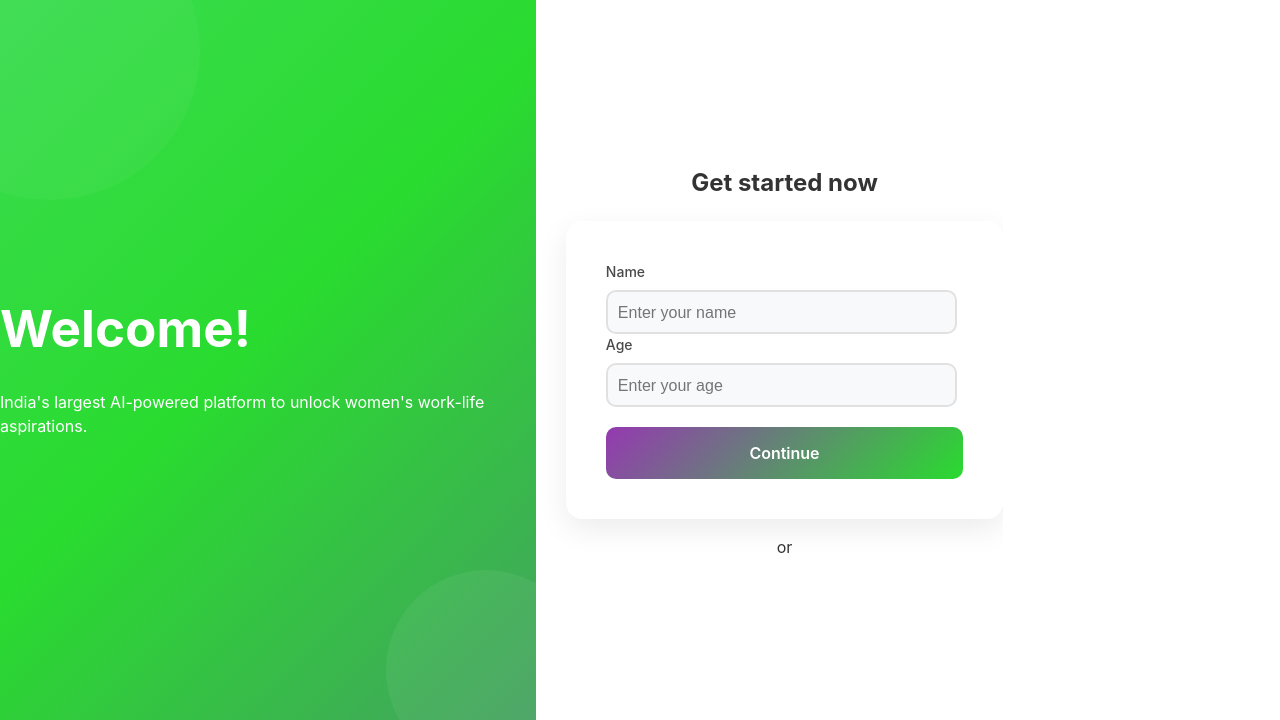
Repository: shriyanyk/Asha-AI
Page: /
The author's editor kept a copy of each file at every save. The page is drawn from the files as they stood at one save, then again after a run of saves.
The browser window is 1280 px wide. The pictures show the whole page.
The project was rebuilt for these pictures with package versions that can differ from the ones it lists, and the page was loaded fresh each time. Also part of the build but not shown: vite.config.ts, src/styles/Chatpage.css, src/services/BiasDetectionService.ts, src/services/GuardrailsService.ts, src/services/BiasMitigationService.ts, src/services/InputValidationService.ts, src/pages/ChatPage.tsx, src/components/ProtectedRoute.tsx.

Above is the page before, as saved 2025-04-27 22:26:33.

### index.html
<!doctype html>
<html lang="en">
  <head>
    <meta charset="UTF-8" />
    <link rel="icon" type="image/svg+xml" href="/vite.svg" />
    <meta name="viewport" content="width=device-width, initial-scale=1.0" />
    <title>Asha AI </title>
  </head>
  <body>
    <div id="root"></div>
    <script type="module" src="/src/main.tsx"></script>
    <script src="https://accounts.google.com/gsi/client" async defer></script>
  </body>
</html>

### src/App.tsx
import { BrowserRouter as Router, Routes, Route, Navigate } from 'react-router-dom';
import LoginPage from './pages/LoginPage';
import ChatPage from './pages/ChatPage';
import ProtectedRoute from './components/ProtectedRoute';

function App() {
  return (
    <Router>
      <Routes>
        <Route path="/" element={<LoginPage />} />
        <Route
          path="/chat"
          element={
            <ProtectedRoute>
              <ChatPage />
            </ProtectedRoute>
          }
        />
        <Route path="*" element={<Navigate to="/" replace />} />
      </Routes>
    </Router>
  );
}

export default App;

### src/pages/LoginPage.tsx
import React, { useEffect, useState } from 'react';
import { useNavigate } from 'react-router-dom';
import { jwtDecode } from 'jwt-decode';
import '../styles/LoginPage.css';

declare global {
  interface Window {
    google: any;
  }
}

interface GoogleUser {
  name: string;
  email: string;
  picture: string;
}

interface UserData extends Partial<GoogleUser> {
  name: string;
  age?: number;
}

const LoginPage = () => {
  const navigate = useNavigate();
  const [name, setName] = useState('');
  const [age, setAge] = useState('');
  const [isGoogleUser, setIsGoogleUser] = useState(false);
  const [error, setError] = useState('');
  const [googleUserData, setGoogleUserData] = useState<Partial<GoogleUser>>({});

  useEffect(() => {
    // Check if already logged in
    const storedUser = localStorage.getItem('user');
    if (storedUser) {
      try {
        const user = JSON.parse(storedUser);
        if (user.name) {
          setName(user.name);
          setGoogleUserData(user);
          setIsGoogleUser(!!user.email && !!user.picture); // Only set as Google user if it has Google-specific fields
        }
      } catch (e) {
        console.error("Error parsing stored user data:", e);
        localStorage.removeItem('user');
      }
    }

    // Initialize Google Sign-In
    if (window.google) {
      window.google.accounts.id.initialize({
        client_id: '188182195681-u80k9flodatcq6bcdkidnbv5q92as1p3.apps.googleusercontent.com',
        callback: handleGoogleResponse,
      });

      window.google.accounts.id.renderButton(
        document.getElementById('googleSignInDiv'),
        { theme: 'outline', size: 'large' }
      );
    }
  }, []);

  const handleGoogleResponse = (response: any) => {
    try {
      const userObject = jwtDecode<GoogleUser>(response.credential);
      console.log("Google login successful:", userObject);

      setGoogleUserData(userObject);
      setName(userObject.name);
      setIsGoogleUser(true);

      // Store without overriding the name
      localStorage.setItem('user', JSON.stringify({
        email: userObject.email,
        picture: userObject.picture,
        name: userObject.name
      }));
    } catch (e) {
      console.error("Error processing Google response:", e);
      setError("Failed to process Google login. Please try again.");
    }
  };

  const handleSubmit = (e: React.FormEvent) => {
    e.preventDefault();
    setError('');

    if (!name.trim()) {
      setError("Please enter your name");
      return;
    }

    if (!age.trim()) {
      setError("Please enter your age");
      return;
    }

    const ageNum = parseInt(age);
    if (isNaN(ageNum) || ageNum < 18 || ageNum > 100) {
      setError("Please enter a valid age between 18 and 100");
      return;
    }

    // Store user info
    const userData: UserData = isGoogleUser
      ? { ...googleUserData, name: name } // Use current name, not Google name
      : { name, email: '', picture: '' };

    userData.age = ageNum;
    localStorage.setItem('user', JSON.stringify(userData));

    console.log("Navigating to chat with state:", { name, age: ageNum });

    // Use replace instead of push to avoid back button issues
    navigate('/chat', {
      state: { name, age: ageNum },
      replace: true
    });
  };

  const handleLogout = () => {
    localStorage.removeItem('user');
    setName('');
    setAge('');
    setIsGoogleUser(false);
    setGoogleUserData({});
  };

  return (
    <div className="login-container">
      <div className="login-left">
        <div className="overlay-text">
          <h1>Welcome!</h1>
          <p>India's largest AI-powered platform to unlock women's work-life aspirations.</p>
        </div>
      </div>

      <div className="login-right">
        <h2>Get started now</h2>

        {error && <div className="error-message">{error}</div>}

        <form className="login-form" onSubmit={handleSubmit}>
          <label htmlFor="name">Name</label>
          <input
            type="text"
            id="name"
            placeholder="Enter your name"
            value={name}
            onChange={(e) => setName(e.target.value)}
            required
          />

          <label htmlFor="age">Age</label>
          <input
            type="number"
            id="age"
            placeholder="Enter your age"
            value={age}
            onChange={(e) => setAge(e.target.value)}
            min="18"
            max="100"
            required
          />

          <button type="submit">Continue</button>
        </form>

        {!isGoogleUser ? (
          <div className="google-login">
            <p>or</p>
            <div id="googleSignInDiv"></div>
          </div>
        ) : (
          <div className="logout-section">
            <p>Connected with Google</p>
            <button onClick={handleLogout} className="logout-button">Logout</button>
          </div>
        )}
      </div>
    </div>
  );
};

export default LoginPage;

### src/styles/LoginPage.css
/* Enhanced Login Page CSS with modern design principles */
.login-container {
  display: flex;
  height: 100vh;
  font-family: 'Inter', sans-serif;
  color: #333;
  overflow: hidden;
}

/* Left side with animated gradient background */
.login-left {
  flex: 1.5;
  background: linear-gradient(-45deg, #9539b1, #6e48aa, #29db2f, #5cdd8b);
  background-size: 400% 400%;
  animation: gradient-animation 15s ease infinite;
  color: white;
  display: flex;
  align-items: center;
  justify-content: center;
  position: relative;
}

@keyframes gradient-animation {
  0%, 100% { background-position: 0% 50%; }
  50% { background-position: 100% 50%; }
}

/* Floating circles decoration for left panel */
.login-left::before,
.login-left::after {
  content: "";
  position: absolute;
  border-radius: 50%;
  opacity: 0.4;
  pointer-events: none;
}

.login-left::before {
  width: 300px;
  height: 300px;
  background: rgba(255, 255, 255, 0.1);
  top: -100px;
  left: -100px;
  animation: float 15s ease-in-out infinite;
}

.login-left::after {
  width: 200px;
  height: 200px;
  background: rgba(255, 255, 255, 0.15);
  bottom: -50px;
  right: -50px;
  animation: float 12s ease-in-out infinite reverse;
}

@keyframes float {
  0%, 100% { transform: translate(0, 0); }
  50% { transform: translate(20px, 20px); }
}

/* Right side styling */
.login-right {
  flex: 1;
  display: flex;
  flex-direction: column;
  align-items: center;
  justify-content: center;
  padding: 40px;
  position: relative;
  margin-left: 30px;
}

/* Branding area */
.brand-logo {
  margin-bottom: 30px;
  text-align: center;
}

.brand-logo img {
  height: 50px;
  margin-bottom: 15px;
}

.brand-name {
  font-size: 22px;
  font-weight: 700;
  color: #1a1a1a;
}

/* Login form */
.login-form {
  width: 100%;
  max-width: 400px;
  background: #fff;
  padding: 40px;
  border-radius: 16px;
  box-shadow: 0 10px 30px rgba(0, 0, 0, 0.08);
  transition: box-shadow 0.3s ease;
}

.login-form:hover {
  box-shadow: 0 15px 35px rgba(0, 0, 0, 0.12);
}

.login-form h2 {
  font-size: 28px;
  color: #1a1a1a;
  margin-bottom: 10px;
  text-align: center;
  font-weight: 700;
}

.login-subtitle {
  text-align: center;
  color: #666;
  margin-bottom: 30px;
  font-size: 15px;
}

.form-group {
  margin-bottom: 24px;
  position: relative;
}

.login-form label {
  display: block;
  margin-bottom: 8px;
  color: #4a4a4a;
  font-size: 14px;
  font-weight: 500;
}

.input-icon-wrapper {
  position: relative;
}

.input-icon {
  position: absolute;
  left: 16px;
  top: 50%;
  transform: translateY(-50%);
  color: #999;
}

.login-form input {
  width: 90%;
  padding: 12px 16px 10px 10px;
  border: 2px solid #e1e1e1;
  border-radius: 10px;
  font-size: 16px;
  transition: all 0.3s ease;
  background-color: #f8f9fa;
}

.login-form input:focus {
  border-color: #9539b1;
  background-color: #fff;
  outline: none;
  box-shadow: 0 0 0 4px rgba(149, 57, 177, 0.1);
}

.password-toggle {
  position: absolute;
  right: 16px;
  top: 50%;
  transform: translateY(-50%);
  color: #999;
  cursor: pointer;
  transition: color 0.2s ease;
}

.password-toggle:hover {
  color: #9539b1;
}

.remember-forgot {
  display: flex;
  justify-content: space-between;
  align-items: center;
  font-size: 14px;
  margin-bottom: 24px;
}

.remember-me {
  display: flex;
  align-items: center;
}

.remember-me input {
  width: auto;
  margin-right: 8px;
}

.forgot-password {
  color: #9539b1;
  text-decoration: none;
  font-weight: 500;
  transition: color 0.2s ease;
}

.forgot-password:hover {
  color: #29db2f;
  text-decoration: underline;
}

.login-form button {
  width: 100%;
  padding: 16px;
  background: linear-gradient(135deg, #9539b1, #29db2f);
  color: #fff;
  margin-top: 20px;
  border: none;
  border-radius: 10px;
  font-size: 16px;
  font-weight: 600;
  cursor: pointer;
  position: relative;
  overflow: hidden;
  transition: all 0.3s ease;
}

.login-form button::before {
  content: "";
  position: absolute;
  top: 0;
  left: -100%;
  width: 100%;
  height: 100%;
  background: linear-gradient(to right, transparent, rgba(255, 255, 255, 0.2), transparent);
  transition: left 0.7s ease;
}

.login-form button:hover {
  transform: translateY(-2px);
  box-shadow: 0 7px 15px rgba(149, 57, 177, 0.3);
}

.login-form button:hover::before {
  left: 100%;
}

.login-form button:active {
  transform: translateY(0);
  box-shadow: 0 5px 10px rgba(149, 57, 177, 0.2);
}

.auth-toggle {
  text-align: center;
  margin-top: 24px;
}

.auth-toggle p {
  color: #666;
  font-size: 15px;
  display: inline;
}

.auth-toggle button {
  background: none;
  border: none;
  color: #9539b1;
  font-weight: 600;
  margin-left: 8px;
  cursor: pointer;
  font-size: 15px;
  transition: color 0.2s ease;
}

.auth-toggle button:hover {
  color: #29db2f;
  text-decoration: underline;
}

.divider {
  display: flex;
  align-items: center;
  margin: 28px 0;
  color: #999;
  font-size: 14px;
}

.divider::before,
.divider::after {
  content: "";
  flex: 1;
  height: 1px;
  background-color: #e1e1e1;
}

.divider::before {
  margin-right: 15px;
}

.divider::after {
  margin-left: 15px;
}

.social-buttons {
  display: flex;
  gap: 16px;
  justify-content: center;
}

.social-button {
  flex: 1;
  padding: 12px 20px;
  border: 1px solid #e1e1e1;
  border-radius: 10px;
  background: #fff;
  cursor: pointer;
  transition: all 0.2s ease;
  display: flex;
  align-items: center;
  justify-content: center;
  gap: 10px;
}

.social-button:hover {
  background-color: #eeeff2;
  transform: translateY(-2px);
  box-shadow: 0 4px 10px rgba(0, 0, 0, 0.05);
}

.social-button img {
  width: 20px;
  height: 20px;
}

.error-message {
  color: #dc3545;
  background-color: #fff5f5;
  padding: 14px;
  border-radius: 10px;
  margin-bottom: 24px;
  font-size: 14px;
  border-left: 4px solid #dc3545;
  display: flex;
  align-items: center;
}

.error-icon {
  margin-right: 10px;
  color: #dc3545;
}

/* Mobile responsiveness */
@media (max-width: 768px) {
  .login-container {
    flex-direction: column;
  }

  .login-left {
    display: none;
  }

  .login-right {
    padding: 30px 20px;
  }

  .login-form {
    padding: 30px 20px;
  }
}

/* Dark mode support */
@media (prefers-color-scheme: dark) {
  .login-right {
    background-color: #1a1a1a;
  }

  .login-form {
    background-color: #262626;
    box-shadow: 0 10px 30px rgba(0, 0, 0, 0.2);
  }

  .brand-name,
  .login-form h2 {
    color: #f1f1f1;
  }

  .login-subtitle,
  .login-form label,
  .remember-forgot,
  .auth-toggle p {
    color: #b8b8b8;
  }

  .login-form input {
    background-color: #333;
    border-color: #444;
    color: #f1f1f1;
  }

  .login-form input:focus {
    background-color: #3a3a3a;
  }

  .error-message {
    background-color: rgba(220, 53, 69, 0.1);
  }

  .social-button {
    background-color: #333;
    border-color: #444;
    color: #f1f1f1;
  }

  .social-button:hover {
    background-color: #3a3a3a;
  }
}

Loaded but not shown: src/main.tsx (common file); src/index.css (common file)

After the next 3 saves:
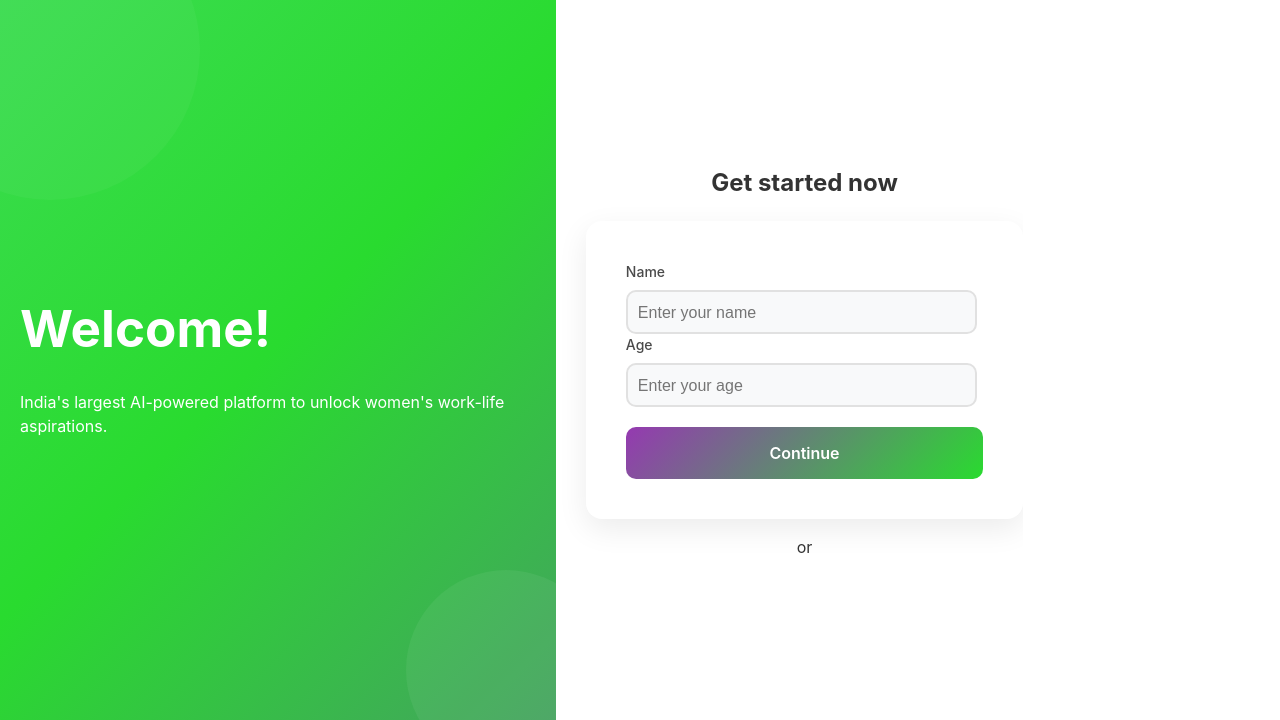
The 3 saves are shown as one change because they came seconds apart.
The last was saved 105 s later.
--- a/src/styles/LoginPage.css
+++ b/src/styles/LoginPage.css
@@ -10,6 +10,7 @@
 /* Left side with animated gradient background */
 .login-left {
   flex: 1.5;
+  padding-left: 20px;
   background: linear-gradient(-45deg, #9539b1, #6e48aa, #29db2f, #5cdd8b);
   background-size: 400% 400%;
   animation: gradient-animation 15s ease infinite;
